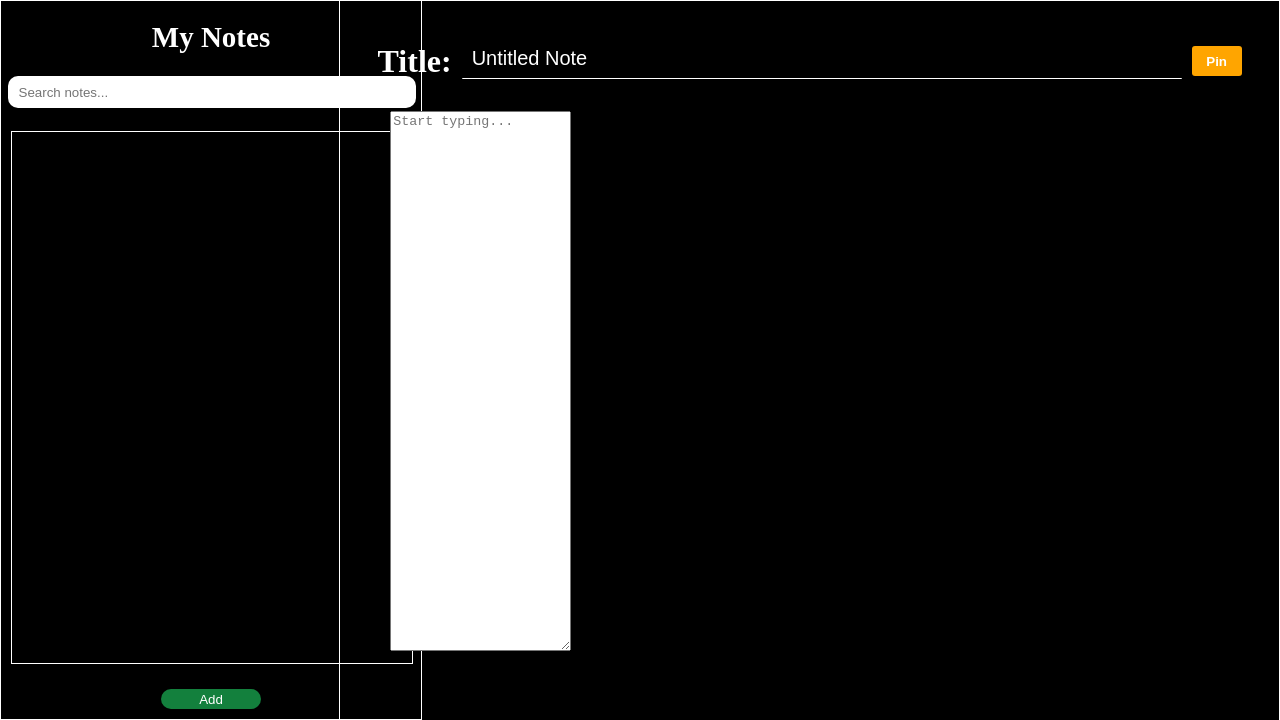
Repository: dmpelaez/myNotes
Page: QuickNotes.html
These files come from the project's save history. The page is drawn as it stood at one moment and after the next save; the edit follows.
The browser window is 1280 px wide. The pictures show the whole page.

Above is the page before, as saved 2025-12-18 21:22:39.

After the next save:
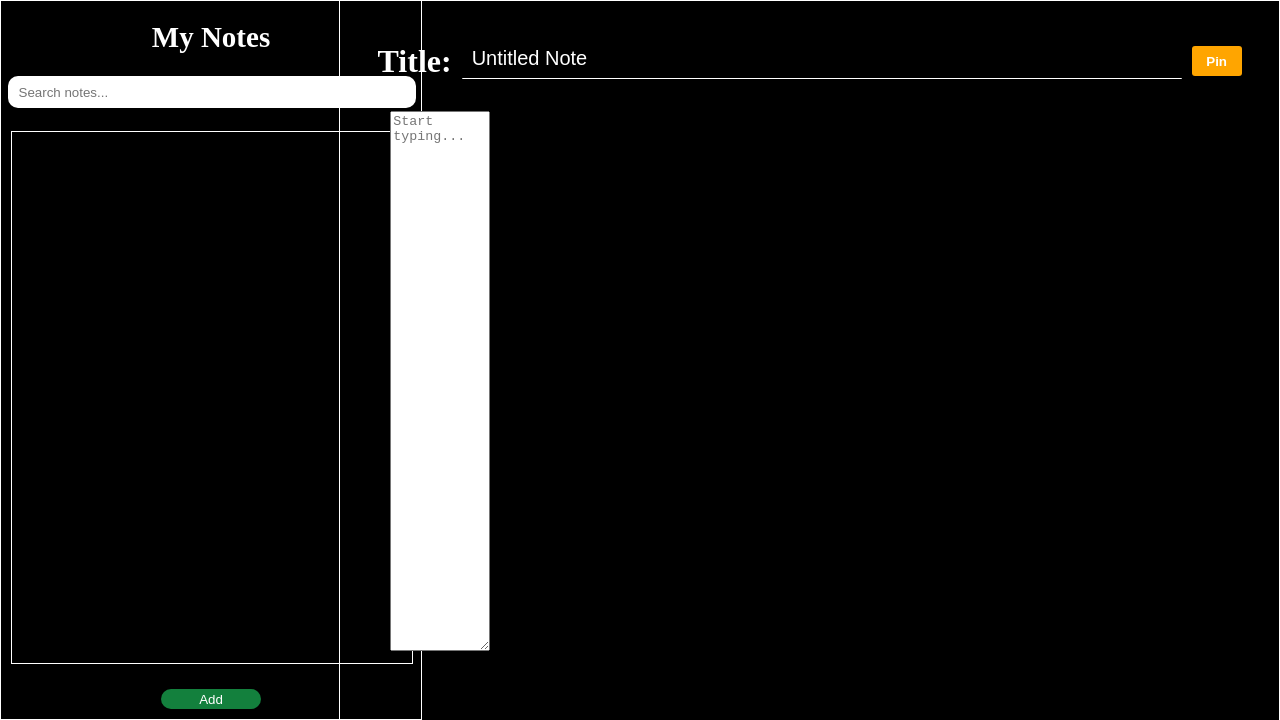
Saved 5 s later.
--- a/QuickNotes.css
+++ b/QuickNotes.css
@@ -123,7 +123,7 @@ body {
 .texting-area {
   display: flex;
 
-  flex: 1;
+  width: 100px;
   padding-left: 50px;
 
 }

After the save that followed:
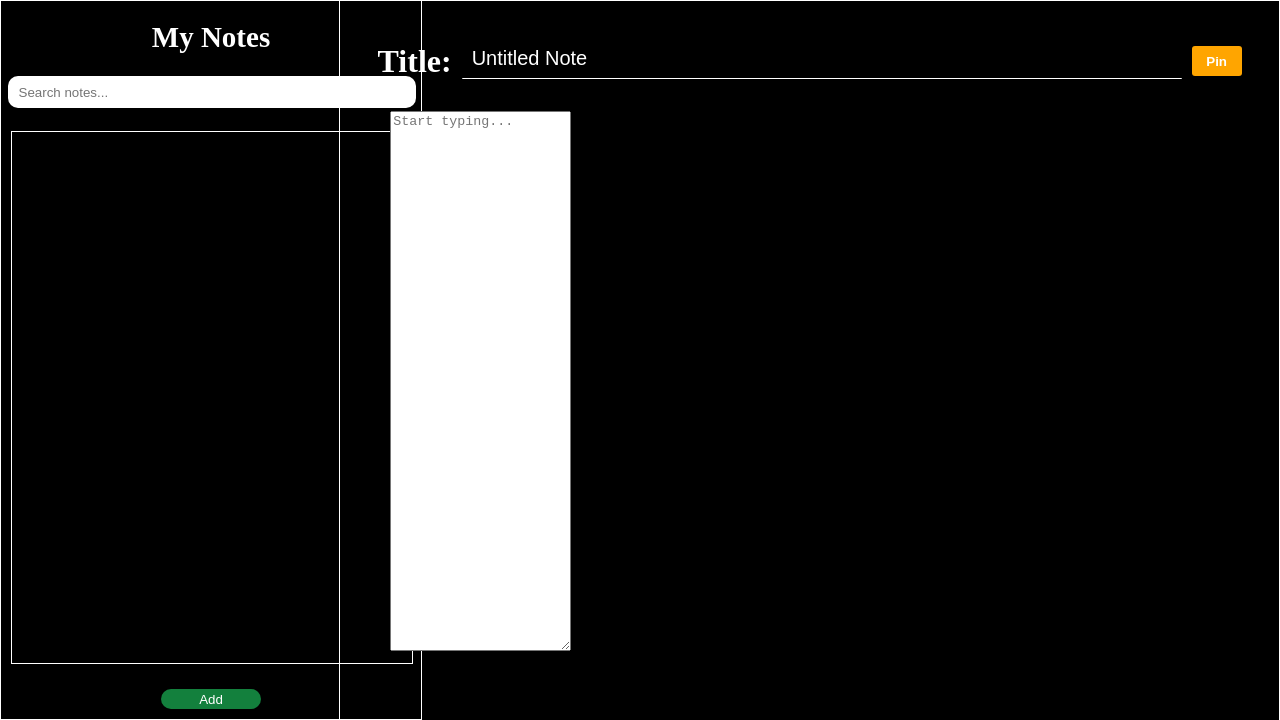
Saved 9 s later.
--- a/QuickNotes.css
+++ b/QuickNotes.css
@@ -123,7 +123,7 @@ body {
 .texting-area {
   display: flex;
 
-  width: 100px;
+  width: 100%;
   padding-left: 50px;
 
 }
